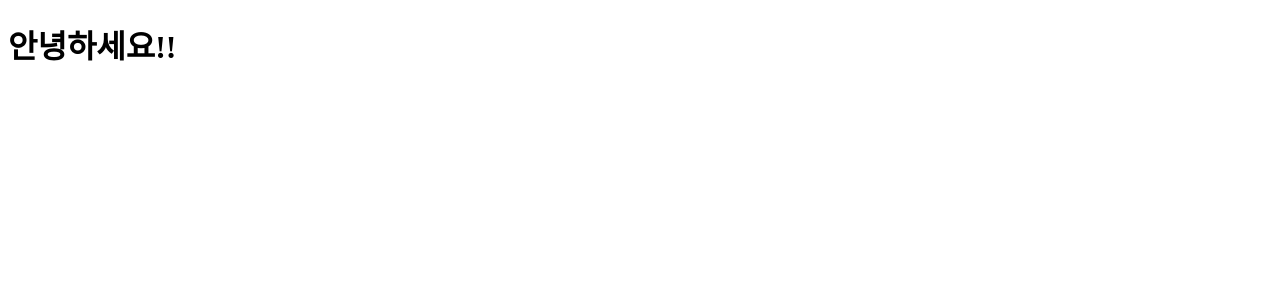
Repository: jijibaebaeeee/jsp-study
Page: http://localhost/day01/
These files come from the project's save history. The page is drawn as it stood at one moment and after the next save; the edit follows.
The browser window is 1280 px wide. The pictures show the whole page.
The page is served by Tomcat 9.

Above is the page before, as saved 2025-01-09 05:46:14.

After the next save:
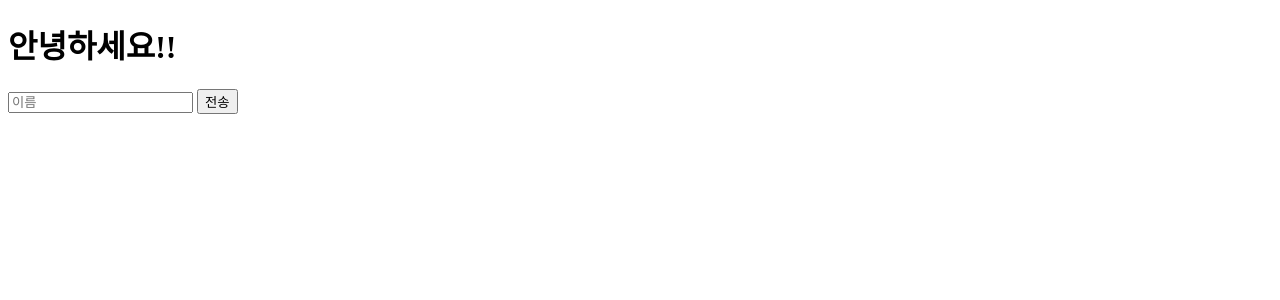
Saved 3 min 43 s later.
--- a/workspace/day01/src/main/webapp/index.jsp
+++ b/workspace/day01/src/main/webapp/index.jsp
@@ -9,5 +9,9 @@
 </head>
 <body>
 	<h1>안녕하세요!!</h1>
+	<form action="/Hello" method="get"> <!-- 서블릿주소 /Hello 에 get방식으로 전송한다 -->
+		<input type="text" name="user_name" placeholder="이름">
+		<button>전송</button>
+	</form> <!--  form 태그는 action과 method 속성이 있다 -->
 </body>
 </html>
